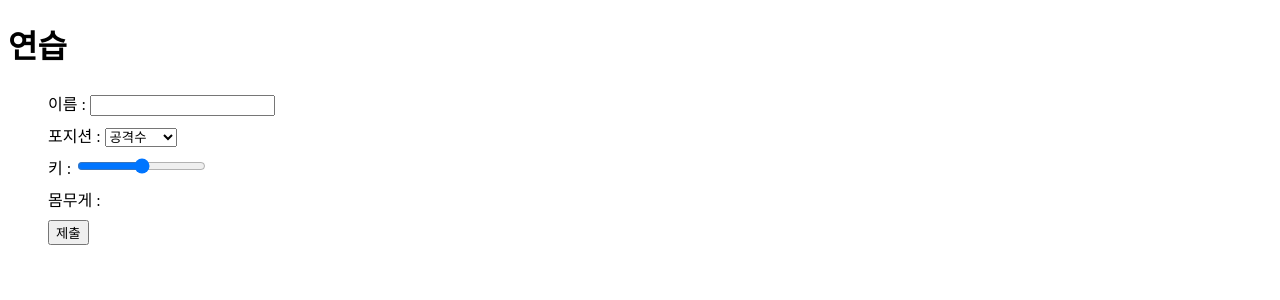
Repository: Simyoungdo04/dynamic-workspace
Page: FirstProject/src/main/webapp/views/practice.html
The author's editor kept a copy of each file at every save. The page is drawn from the files as they stood at one save, then again after the next save.
The browser window is 1280 px wide. The pictures show the whole page.

Above is the page before, as saved 2026-05-04 08:40:29.

### FirstProject/src/main/webapp/views/practice.html
<!DOCTYPE html>
<html>
<head>
<meta charset="UTF-8">
<title>Insert title here</title>
<style>
	ul{
		list-style: none;
		line-height: 200%;
	}
</style>
</head>
<body>
	<h1>연습</h1>
	<form method="get" action="http://localhost:8088/first/practice.do">
		<ul>
			<li>
				이름 : <input type="text" name="name"/>
			</li>
			<li>
				포지션 :
				<select name="position">
					<option>공격수</option>
					<option>미드필더</option>
					<option>수비수</option>
				</select>
			</li>
			<li>
				키 : <input type="range" min="160" max="210" name="height"/>
			</li>
			<li>
				몸무게 :
			</li>
			<li>

			</li>
			<li>

			</li>
			<li>

			</li>
			<li>

			</li>
			<li>

			</li>
			<li>
				<button type="submit">제출</button>
			</li>
		</ul>
	</form>
</body>
</html>

After the next save:
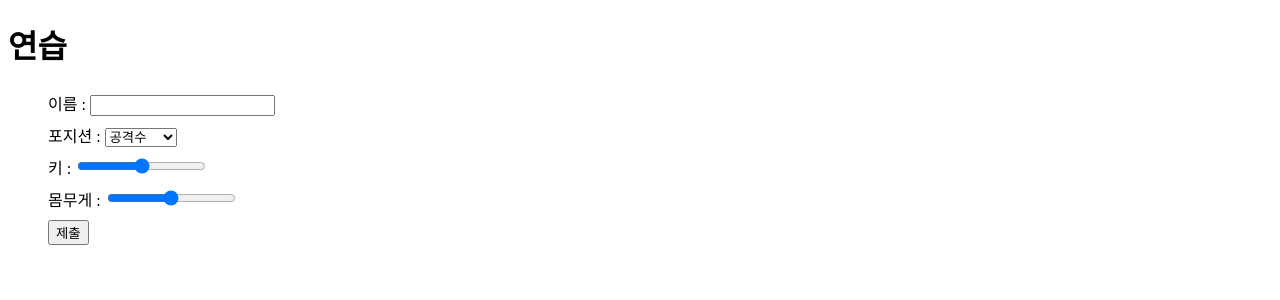
Saved 6 s later.
--- a/FirstProject/src/main/webapp/views/practice.html
+++ b/FirstProject/src/main/webapp/views/practice.html
@@ -29,7 +29,7 @@
 				키 : <input type="range" min="160" max="210" name="height"/>
 			</li>
 			<li>
-				몸무게 :
+				몸무게 : <input type="range" min="160" max="210" name="height"/>
 			</li>
 			<li>
 
